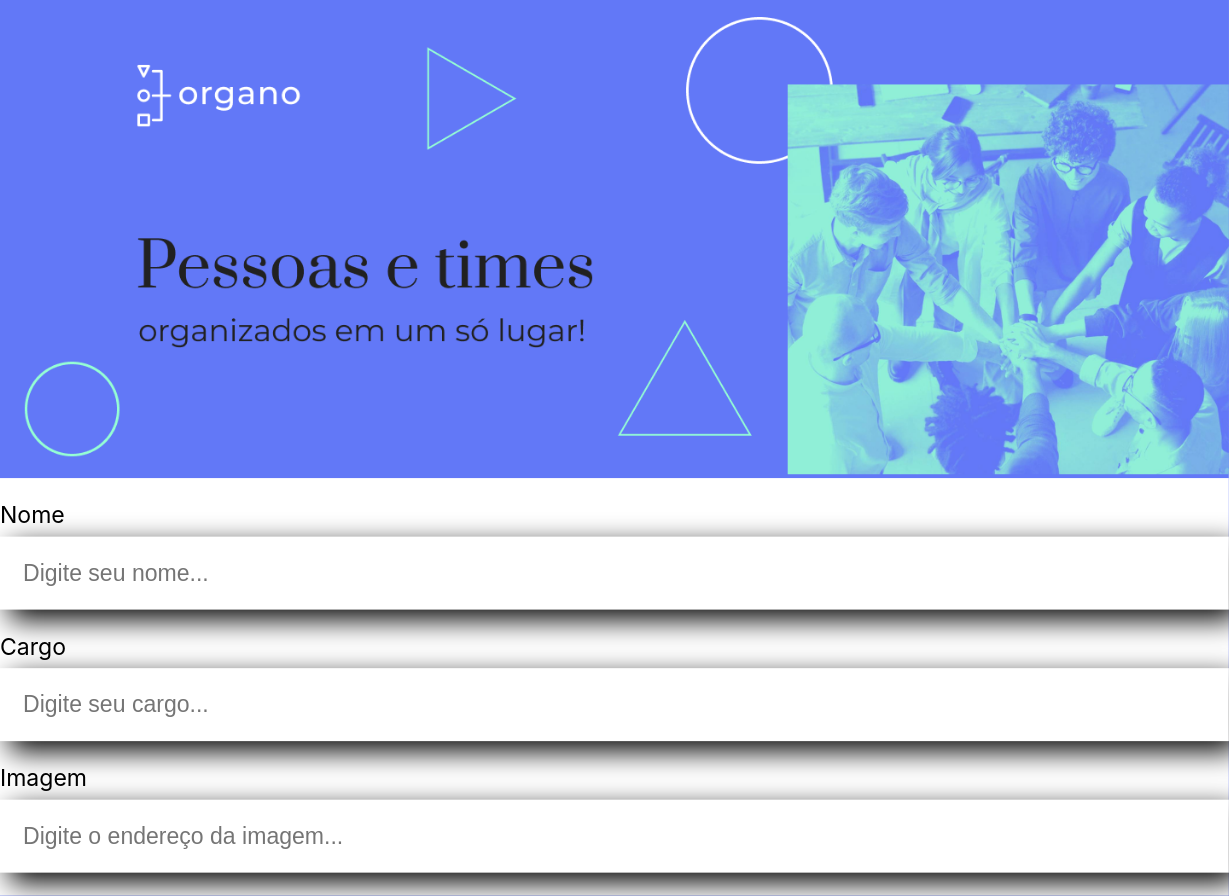
Repository: Joao-Carlos-Garcia-DEV/organo
Page: /
These files come from the project's save history. The page is drawn as it stood at one moment and after the next save; the edit follows.
The browser window is 1280 px wide. The pictures show the whole page, at 96% of full size.
The project was rebuilt for these pictures with package versions that can differ from the ones it lists, and the page was loaded fresh each time. Also part of the build but not shown: src/Componentes/Formulario/Formulario.css.

Above is the page before, as saved 2024-07-09 19:04:55.

After the next save:
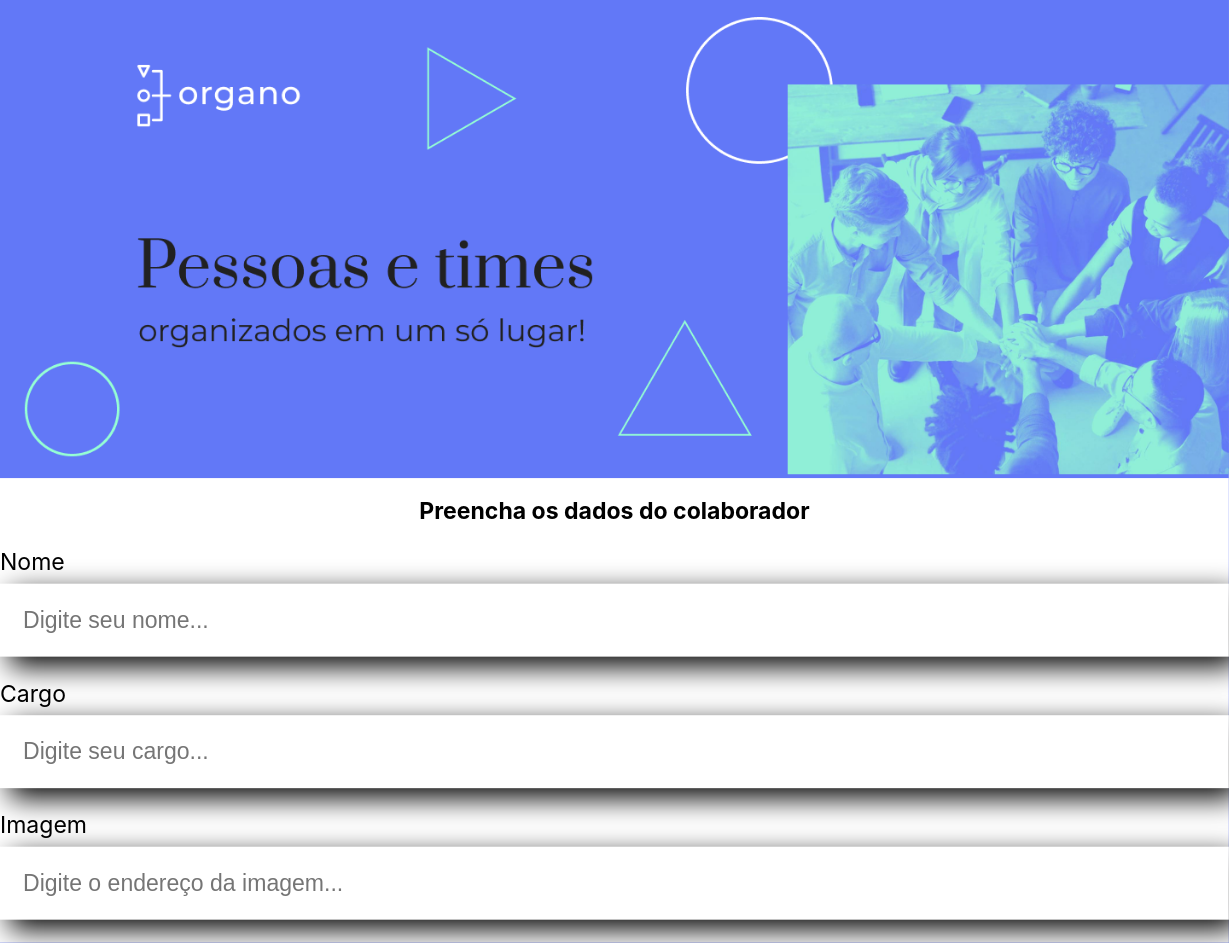
Saved 23 s later.
--- a/src/Componentes/Formulario/Index.js
+++ b/src/Componentes/Formulario/Index.js
@@ -6,7 +6,7 @@ const Formulario = () => {
         <section>
             <form>
                 <h2>
-
+                    Preencha os dados do colaborador
                 </h2>
                 <CampoTexto label="Nome" placeholder="Digite seu nome" />
                 <CampoTexto label="Cargo" placeholder="Digite seu cargo" />
